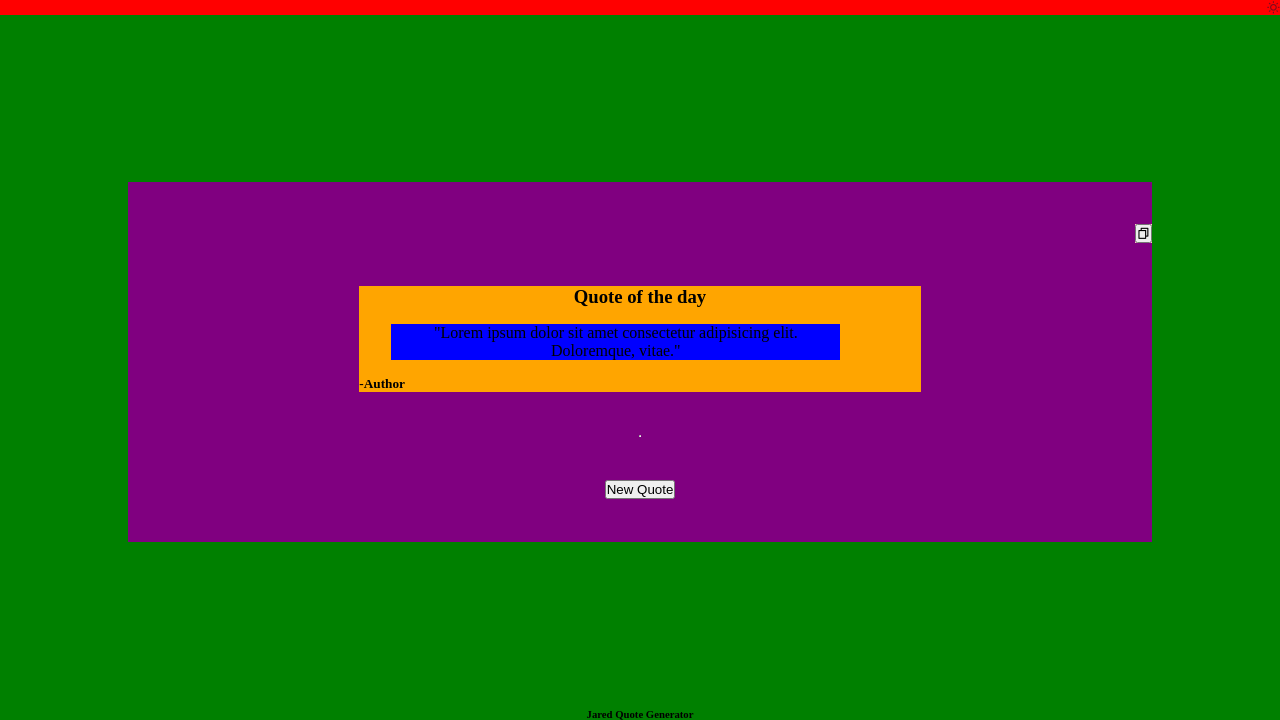
Repository: EguJaredoBoyd/Jared-Quote-Generator
Page: html/main.html
These files come from the project's save history. The page is drawn as it stood at one moment and after the next save; the edit follows.
The browser window is 1280 px wide. The pictures show the whole page.
Some web libraries are served in a nearby version.

Above is the page before, as saved 2026-01-09 00:56:31.

After the next save:
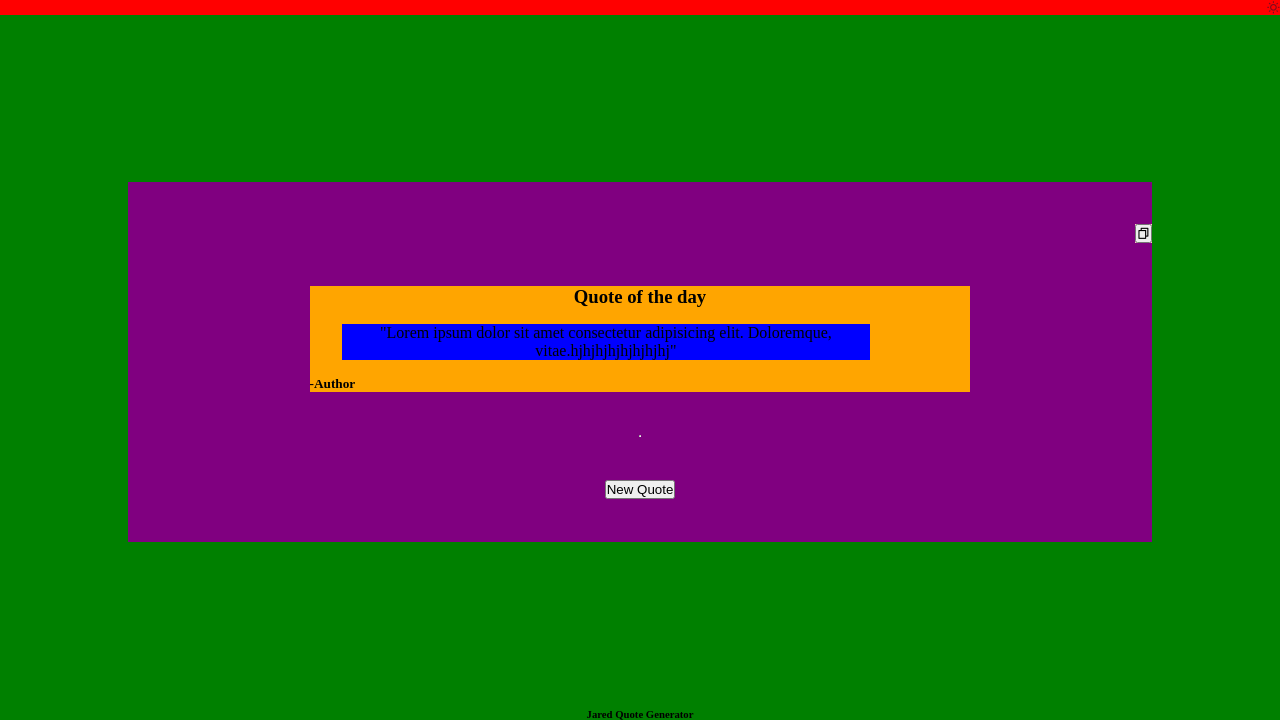
Saved 14 s later.
--- a/html/main.html
+++ b/html/main.html
@@ -25,7 +25,7 @@
             <h3>Quote of the day</h3>
             <p>
               "Lorem ipsum dolor sit amet consectetur adipisicing elit.
-              Doloremque, vitae."
+              Doloremque, vitae.hjhjhjhjhjhjhjhj"
             </p>
             <div>
               <h5>-Author</h5>
